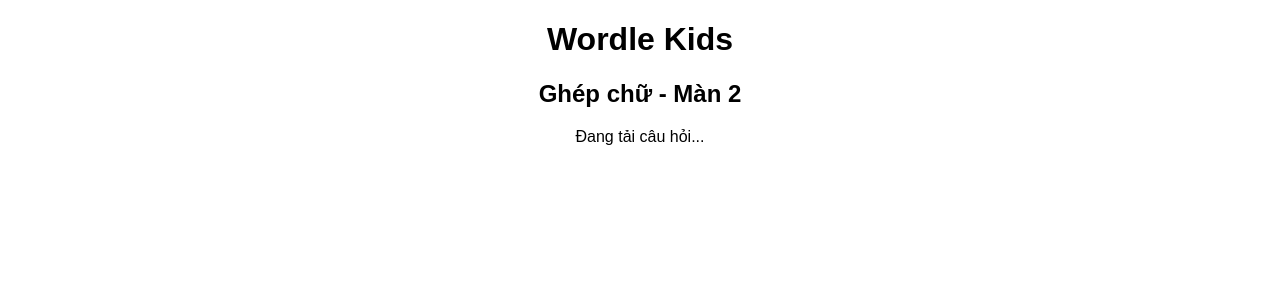
Repository: Hoang18769/wordle-kids
Page: /, after clicking the first element matching `button`
These files come from the project's save history. The page is drawn as it stood at one moment and after the next save; the edit follows.
The browser window is 1280 px wide. The pictures show the whole page.
The page's requests for data from a server got no answer. The project was rebuilt for these pictures with package versions that can differ from the ones it lists, and the page was loaded fresh each time. No one was signed in, and anything a server would have sent is missing. Also part of the build but not shown: src/services/SaveProgressService.js, src/components/MathQuiz.js.

Above is the page before, as saved 2025-03-12 19:53:39.

### src/components/WordMatch.js
import React, { useState, useEffect } from 'react';
import { db } from '../config/firebase';
import { collection, getDocs } from 'firebase/firestore';

function WordMatch() {
  const [questions, setQuestions] = useState([]);
  const [level, setLevel] = useState(1);
  const [attempts, setAttempts] = useState(3);
  const [guess, setGuess] = useState('');

  useEffect(() => {
    const fetchQuestions = async () => {
      const querySnapshot = await getDocs(collection(db, 'questions'));
      const data = querySnapshot.docs
        .map(doc => doc.data())
        .filter(item => item.game === 'word')
        .sort((a, b) => a.level - b.level); // Sắp xếp theo level

      setQuestions(data);
    };

    fetchQuestions();
  }, []);

  const checkAnswer = () => {
    if (questions.length === 0) return;

    if (guess.toLowerCase() === questions[level]?.answer.toLowerCase()) {
      if (level < questions.length - 1) {
        setLevel(prev => prev + 1); // Đảm bảo cập nhật đúng
        setGuess('');
      } else {
        alert('🎉 Chúc mừng! Bạn đã hoàn thành tất cả màn chơi!');
      }
    } else {
      setAttempts(prev => {
        if (prev <= 1) {
          alert('😢 Bạn đã thua! Chơi lại nhé!');
          setLevel(0);
          setAttempts(3);
        }
        return prev - 1;
      });
      setGuess('');
    }
  };

  return (
    <div>
      <h2>Ghép chữ - Màn {level + 1}</h2>
      {questions.length > 0 ? (
        <>
          <p>Gợi ý: {questions[level]?.question}</p>
          <p>Còn {attempts} lượt</p>
          <input value={guess} onChange={(e) => setGuess(e.target.value)} />
          <button onClick={checkAnswer}>Kiểm tra</button>
        </>
      ) : (
        <p>Đang tải câu hỏi...</p>
      )}
    </div>
  );
}

export default WordMatch;

### src/config/firebase.js
// Import the functions you need from the SDKs you need
import { initializeApp } from "firebase/app";
import { getAnalytics } from "firebase/analytics";
import { getFirestore } from 'firebase/firestore';
// TODO: Add SDKs for Firebase products that you want to use
// https://firebase.google.com/docs/web/setup#available-libraries

// Your web app's Firebase configuration
// For Firebase JS SDK v7.20.0 and later, measurementId is optional
const firebaseConfig = {
  apiKey: "AIzaSyArJVQxI8sZj-L0wN2qvn8WEOcKcSXbWsE",
  authDomain: "wordle-kids.firebaseapp.com",
  projectId: "wordle-kids",
  storageBucket: "wordle-kids.firebasestorage.app",
  messagingSenderId: "109293410047",
  appId: "1:109293410047:web:96dde0c626fae3a6f11eca",
  measurementId: "G-S0EZ3S4GD8"
};

// Initialize Firebase
const app = initializeApp(firebaseConfig);
const analytics = getAnalytics(app);
export const db = getFirestore(app);

Loaded but not shown: public/index.html (common file); src/index.js (common file); src/index.css (common file); src/App.js (common file); src/App.css (common file)

After the next save:
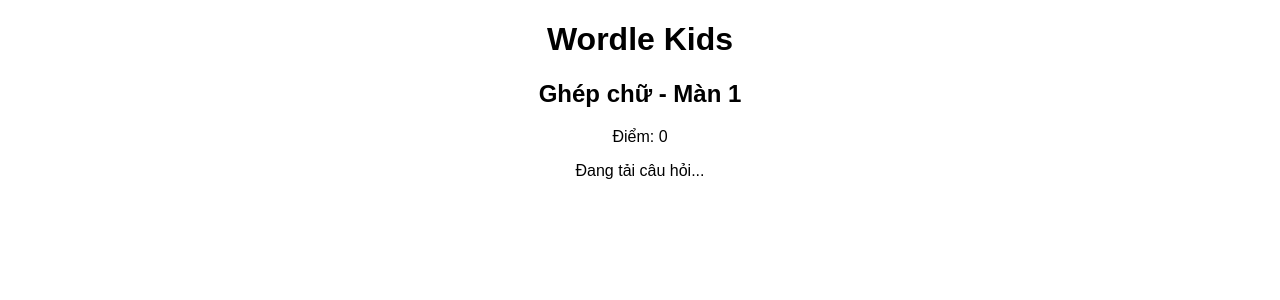
Saved 2 min 2 s later.
--- a/src/components/WordMatch.js
+++ b/src/components/WordMatch.js
@@ -1,12 +1,14 @@
 import React, { useState, useEffect } from 'react';
 import { db } from '../config/firebase';
-import { collection, getDocs } from 'firebase/firestore';
+import { collection, getDocs, doc, setDoc, updateDoc } from 'firebase/firestore';
 
 function WordMatch() {
   const [questions, setQuestions] = useState([]);
   const [level, setLevel] = useState(1);
   const [attempts, setAttempts] = useState(3);
   const [guess, setGuess] = useState('');
+  const [score, setScore] = useState(0);
+  const userId = "test_user"; // 🔥 Thay bằng user hiện tại
 
   useEffect(() => {
     const fetchQuestions = async () => {
@@ -14,7 +16,7 @@ function WordMatch() {
       const data = querySnapshot.docs
         .map(doc => doc.data())
         .filter(item => item.game === 'word')
-        .sort((a, b) => a.level - b.level); // Sắp xếp theo level
+        .sort((a, b) => a.level - b.level);
 
       setQuestions(data);
     };
@@ -22,22 +24,39 @@ function WordMatch() {
     fetchQuestions();
   }, []);
 
-  const checkAnswer = () => {
+  const updateUserProgress = async (newLevel, newScore) => {
+    const userRef = doc(db, 'users', userId);
+    try {
+      await setDoc(userRef, { level: newLevel, score: newScore }, { merge: true });
+    } catch (error) {
+      console.error("Lỗi cập nhật Firebase:", error);
+    }
+  };
+
+  const checkAnswer = async () => {
     if (questions.length === 0) return;
 
-    if (guess.toLowerCase() === questions[level]?.answer.toLowerCase()) {
-      if (level < questions.length - 1) {
-        setLevel(prev => prev + 1); // Đảm bảo cập nhật đúng
-        setGuess('');
-      } else {
+    if (guess.toLowerCase() === questions[level - 1]?.answer.toLowerCase()) {
+      const newLevel = level < questions.length ? level + 1 : level;
+      const newScore = score + 10; // 🎯 Cộng điểm
+
+      setLevel(newLevel);
+      setScore(newScore);
+      setGuess('');
+
+      await updateUserProgress(newLevel, newScore);
+
+      if (level === questions.length) {
         alert('🎉 Chúc mừng! Bạn đã hoàn thành tất cả màn chơi!');
       }
     } else {
       setAttempts(prev => {
         if (prev <= 1) {
           alert('😢 Bạn đã thua! Chơi lại nhé!');
-          setLevel(0);
+          setLevel(1);
+          setScore(0);
           setAttempts(3);
+          updateUserProgress(1, 0);
         }
         return prev - 1;
       });
@@ -47,10 +66,11 @@ function WordMatch() {
 
   return (
     <div>
-      <h2>Ghép chữ - Màn {level + 1}</h2>
+      <h2>Ghép chữ - Màn {level}</h2>
+      <p>Điểm: {score}</p>
       {questions.length > 0 ? (
         <>
-          <p>Gợi ý: {questions[level]?.question}</p>
+          <p>Gợi ý: {questions[level - 1]?.question}</p>
           <p>Còn {attempts} lượt</p>
           <input value={guess} onChange={(e) => setGuess(e.target.value)} />
           <button onClick={checkAnswer}>Kiểm tra</button>
